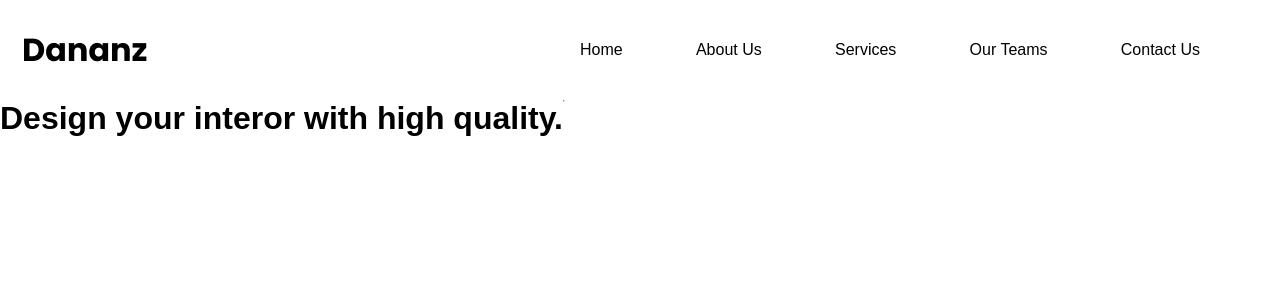
Repository: AsadKasimov/disain
Page: index.html
An editor plug-in stored every save of this project. The page is shown before and after a run of saves, followed by the edit.
The browser window is 1280 px wide. The pictures show the whole page.

Above is the page before, as saved 2023-04-20 01:01:04.

### index.html
<!DOCTYPE html>
<html lang="en">
<head>
    <meta charset="UTF-8">
    <meta http-equiv="X-UA-Compatible" content="IE=edge">
    <meta name="viewport" content="width=device-width, initial-scale=1.0">
    <title>F</title>
    <link rel="stylesheet" href="./style.css">
</head>
<body>
    <div class="wrapper">
        <header class="header">
            <!-- Шапка -->
            <div class="logo">
                <img src="./img/Dananz.png" alt="">
            </div>

            <!-- Меню сайта -->
            <nav class="nav">
                <ul>
                    <li>Home</li>
                    <li>About Us</li>
                    <li>Services</li>
                    <li>Our Teams</li>
                    <li>Contact Us</li>

                </ul>
            </nav>

            <!-- Иконка бургерменю -->
            <div class="burger">
                <span></span>
            </div>
        </header>
            <div class="menu">
        <div class="text-menu">
            <h1>Design your interor with high quality.</h1>
        </div>
        <div class="text-line"><hr></div>

    </div>

    </div>



    <script>
        document.querySelector('.burger').addEventListener('click', function() {
            this.classList.toggle('active');
            document.querySelector('.nav').classList.toggle('open');
        })
    </script>
</body>
</html>

### style.css
html, body {
  height: 100%;
  width: 100%;
}

body {
  display: flex;
  flex-direction: column;
  font-family: Arial, "Helvetica Neue", Helvetica, sans-serif;
  background-color: #fff;

}

*{
  padding: 0;
  margin: 0;
  box-sizing: border-box;
}

.wrapper{
  flex-grow: 1;
}

.open{
  display: flex !important;
}

.header{
  display: flex;
  align-items: center;
  justify-content: space-between;
  min-height: 100px;
  background-color: #fff;
  color: #000;
  padding: 0 40px;
}

.logo{
  display: flex;
  justify-content: center;
  flex-direction: column;
  align-items: center;

  width: 90px;
  height: 90px;
}

.nav{
  display: flex;
  width: 700px;
  padding: 0 40px;
}

.nav ul{
  width: 100%;
  list-style: none;
  display: flex;
  justify-content: space-between;
}

.burger{
  display: none;
  position: relative;
  z-index: 50;
  align-items: center;
  justify-content: flex-end;
  width: 30px;
  height: 18px;
}

.burger span{
  height: 2px;
  width: 80%;
  transform: scale(1);
  background-color: #000;
}

.burger::before, .burger::after{
  content: '';
  position: absolute;
  height: 2px;
  width: 100%;
  background-color: #000;
  transition: all 0.3s ease 0s;
}

.burger::before { top: 0 }

.burger::after { bottom: 0 }


.burger.active span { transform: scale(0) }

.burger.active::before{
  top: 50%;
  transform: rotate(-45deg) translate(0, -50%);
}

.burger.active::after{
  bottom: 50%;
  transform: rotate(45deg) translate(0, 50%);
}

h1 {
  display: block;
  font-size: 2em;
  margin-block-start: 0;
  margin-block-end: 0;
  margin-inline-start: 0px;
  margin-inline-end: 0px;
  font-weight: bold;
}

.menu{
  display: flex;
  justify-content: flex-start;
}

.text-menu{

}

@media (max-width: 700px) {

  .burger { display: flex }

  .nav{
      display: none;
      flex-direction: column;
      position: fixed;
      height: 100%;
      width: 100%;
      top: 0; bottom: 0; left: 0; right: 0;
      z-index: 50;
      overflow-y: auto;
      padding: 50px 40px;
      background-color: ghostwhite;

  }

  .nav ul{
      flex-direction: column;
      row-gap: 30px;
  }
}

After the next 3 saves:
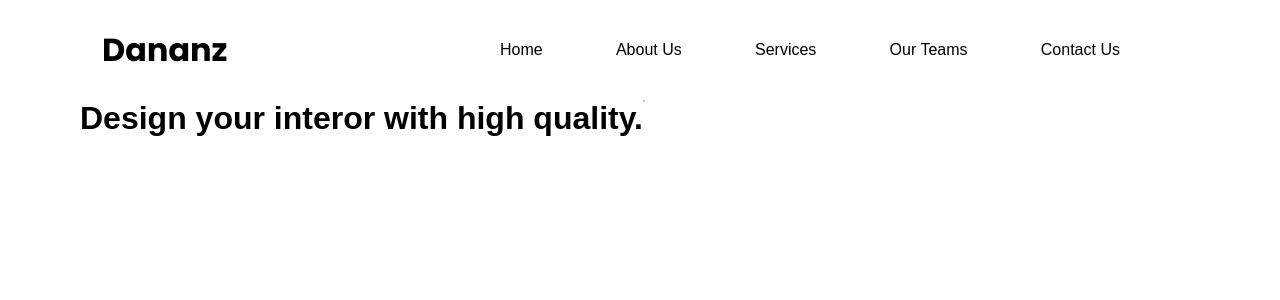
The 3 saves are shown as one change because they came seconds apart.
The last was saved 2 min 11 s later.
--- a/style.css
+++ b/style.css
@@ -1,6 +1,7 @@
 html, body {
   height: 100%;
   width: 100%;
+  padding: 0 40px;
 }
 
 body {

After the save that followed:
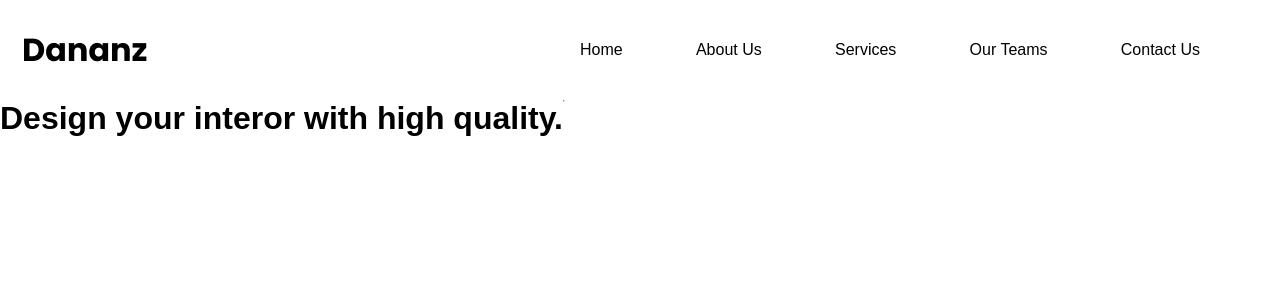
Saved 11 s later.
--- a/style.css
+++ b/style.css
@@ -1,7 +1,7 @@
 html, body {
   height: 100%;
   width: 100%;
-  padding: 0 40px;
+
 }
 
 body {
